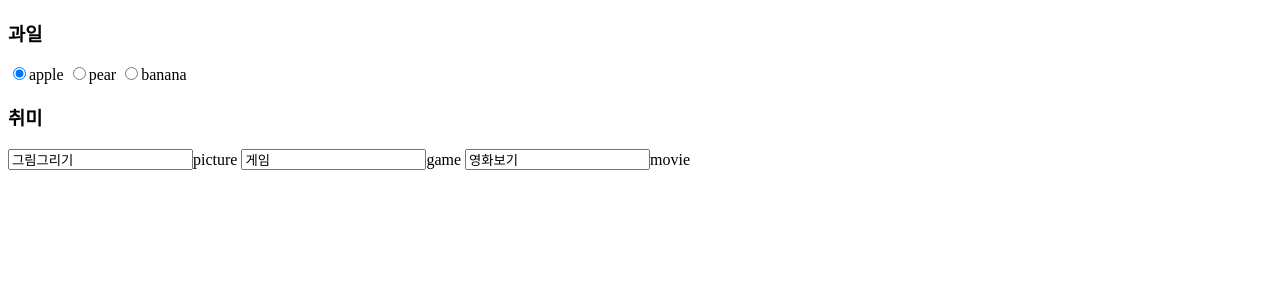
Repository: suhong99/servletLecture
Page: sample04/src/main/webapp/index.html
These files come from the project's save history. The page is drawn as it stood at one moment and after the next save; the edit follows.
The browser window is 1280 px wide. The pictures show the whole page.

Above is the page before, as saved 2023-06-27 04:27:29.

After the next save:
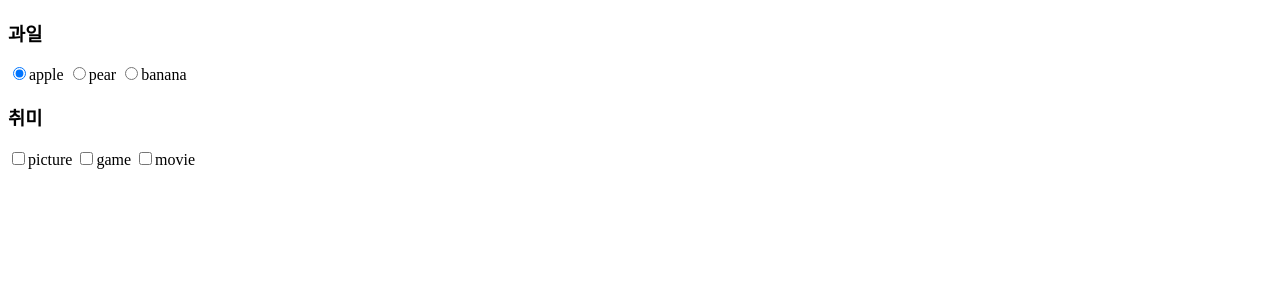
Saved 39 s later.
--- a/sample04/src/main/webapp/index.html
+++ b/sample04/src/main/webapp/index.html
@@ -14,9 +14,9 @@
 
 <h3>취미</h3>
 
-<input type="text" name="hobby" value="그림그리기">picture
-<input type="text" name="hobby" value="게임">game
-<input type="text" name="hobby" value="영화보기">movie
+<input type="checkbox" name="hobby" value="그림그리기">picture
+<input type="checkbox" name="hobby" value="게임">game
+<input type="checkbox" name="hobby" value="영화보기">movie
 
 </body>
 </html>
